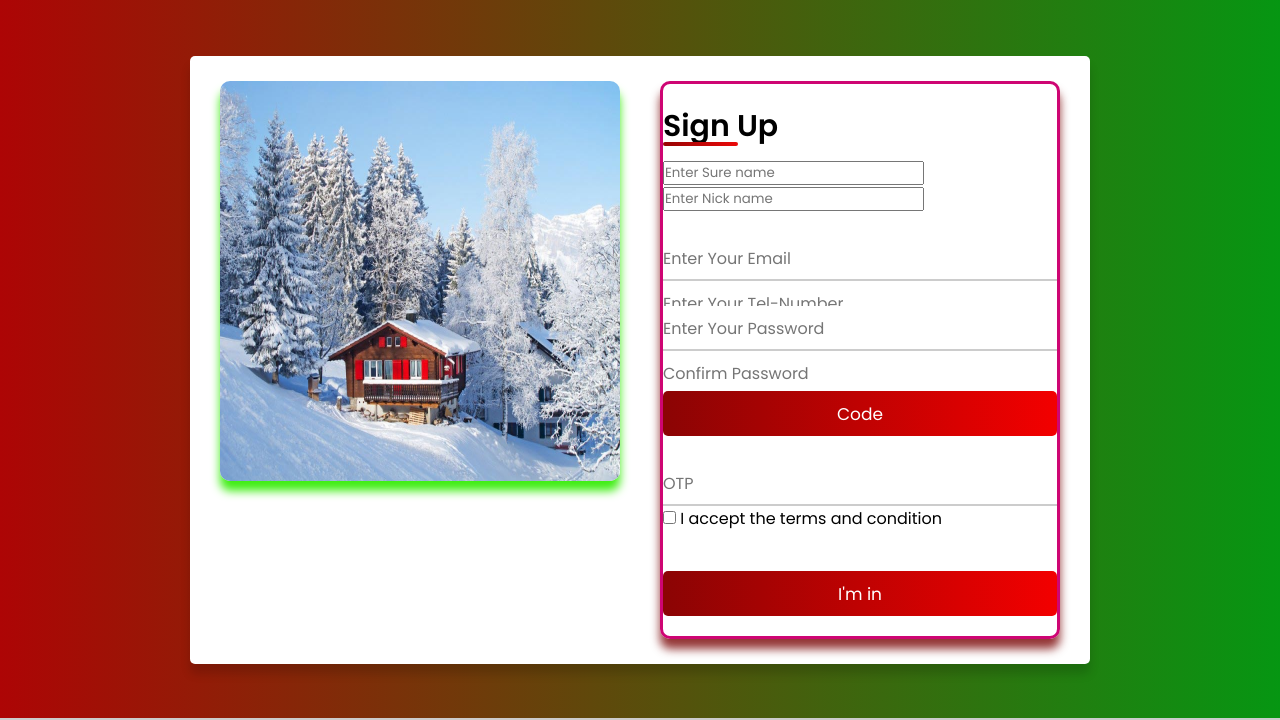
Repository: dev-ashik/Halloween
Page: Reg Page/Index.html
These files come from the project's save history. The page is drawn as it stood at one moment and after the next save; the edit follows.
The browser window is 1280 px wide. The pictures show the whole page.

Above is the page before, as saved 2021-12-21 22:14:33.

### Reg Page/Index.html
<!DOCTYPE html>
<html lang="en">

<head>
    <meta charset="UTF-8">
    <meta http-equiv="X-UA-Compatible" content="IE=edge">
    <meta name="viewport" content="width=device-width, initial-scale=1.0">
    <title>Regristration page</title>
    <link rel="stylesheet" href="CSS/main.css">
</head>

<body>
    <div class="con">
        <div class="bann">
            <img src="IMG/banner.jpg" alt="">
        </div>
        <div class="form">
            <form action="#">
                <div class="title">Sign Up</div>
                <div class="name">
                    <input type="text" placeholder="Enter Sure name" id="fn" required>
                    <br/><input type="text" placeholder="Enter Nick name" id="ln" required>
                    <div class="underline"></div>
                </div>
                <div class="box underline">
                    <input type="text" placeholder="Enter Your Email" id="mail" required><br/>
                    <input type="text" placeholder="Enter Your Tel-Number" id="number" required>
                    <div class="underline"></div>
                    <!--Email Field with velidation-->
                </div>
                <div class="box">
                    <input type="password" placeholder="Enter Your Password" id="pwd" required><br/>
                    <input type="password" placeholder="Confirm Password" id="pwd" required>
                    <div class="underline"></div>
                    <!--Password Field with velidation-->
                </div>
                <div class="box button">
                    <button onclick="vercod()" id="vc">Code</button>
                    <!--Code form-->
                </div>
                <div class="box">
                    <input type="text" placeholder="OTP" id="otp" required>
                    <div class="underline"></div>
                    <!--Security Code with velidation-->
                </div>
                <div class="Agreement">
                    <input type="checkbox" id="cb" value="Agree">
                    <label for="Agree">I accept the terms and condition</label>
                    <!--Agreement box-->
                </div>
                <div class="box button">
                    <button onclick="sub()">I'm in</button>
                </div>
            </form>
        </div>
    </div>
</body>
<script src="JS/main.js"></script>

</html>

### Reg Page/CSS/main.css
@import url('https://fonts.googleapis.com/css2?family=Poppins:wght@200;300;400;500;600;700&display=swap');
@import url('https://fonts.googleapis.com/css2?family=Poppins:wght@200;300;400;500;600;700&display=swap');
* {
    margin: 0;
    padding: 0;
    box-sizing: border-box;
    font-family: 'Poppins', sans-serif;
}

html,
body {
    display: grid;
    height: 100vh;
    width: 100%;
    place-items: center;
    background: linear-gradient(to right, #ad0505 0%, #069612 100%);
}

 ::selection {
    background: #ff80bf;
}

.con {
    background: #fff;
    max-width: 900px;
    width: 100%;
    padding: 25px 30px;
    border-radius: 5px;
    box-shadow: 0 10px 10px rgba(0, 0, 0, 0.15);
}

.con .bann img {
    float: left;
    width: 400px;
    height: 400px;
    border-radius: 10px;
    box-shadow: 0 10px 10px #40ee14;
}

.con .form {
    float: right;
    border: 3px solid rgb(206, 5, 115);
    border-radius: 10px;
    max-width: 400px;
    width: 100%;
    box-shadow: 0 10px 10px rgba(121, 4, 4, 0.795);
}

.con .form form .title {
    font-size: 30px;
    font-weight: 600;
    margin: 20px 0 10px 0;
    position: relative;
}

.con .form form .title:before {
    content: '';
    position: absolute;
    height: 4px;
    width: 75px;
    left: 0px;
    bottom: 3px;
    border-radius: 5px;
    background: linear-gradient(to right, #960404 0%, #eb0909 100%);
}

.con .form form .box {
    width: 100%;
    height: 45px;
    margin-top: 25px;
    position: relative;
}

.con .form form .box input {
    width: 100%;
    height: 100%;
    outline: none;
    font-size: 16px;
    border: none;
}

.con .form form .underline::before {
    content: '';
    position: absolute;
    height: 2px;
    width: 100%;
    background: #ccc;
    left: 0;
    bottom: 0;
}

.con .form form .underline::after {
    content: '';
    position: absolute;
    height: 2px;
    width: 100%;
    background: linear-gradient(to right, rgb(136, 2, 2) 0%, #f10404 100%);
    left: 0;
    bottom: 0;
    transform: scaleX(0);
    transform-origin: left;
    transition: all 0.3s ease;
}

.con .form form .box input:focus~.underline::after,
.con .form form .box input:valid~.underline::after {
    transform: scaleX(1);
    transform-origin: left;
}

.con .form form .button {
    margin: 40px 0 20px 0;
}

.con .form .box button {
    width: 100%;
    height: 100%;
    outline: none;
    font-size: 16px;
    border: none;
    background: linear-gradient(to right, #8b0404 0%, #f30000 100%);
    font-size: 17px;
    color: #fff;
    border-radius: 5px;
    cursor: pointer;
    transition: all 0.3s ease;
}

.con .form .box button:hover {
    letter-spacing: 1px;
    background: linear-gradient(to left, #8a0404 0%, #fc0707 100%);
}

footer {
    text-align: center;
    font-size: 30px;
    color: greenyellow;
}

footer:hover {
    color: greenyellow;
    text-shadow: 1px 1px 2px black, 0 0 25px rgb(11, 247, 3), 0 0 5px rgb(10, 255, 1);
}

Loaded but not shown: Reg Page/JS/main.js (no stored copy; drawn as an empty file)

After the next save:
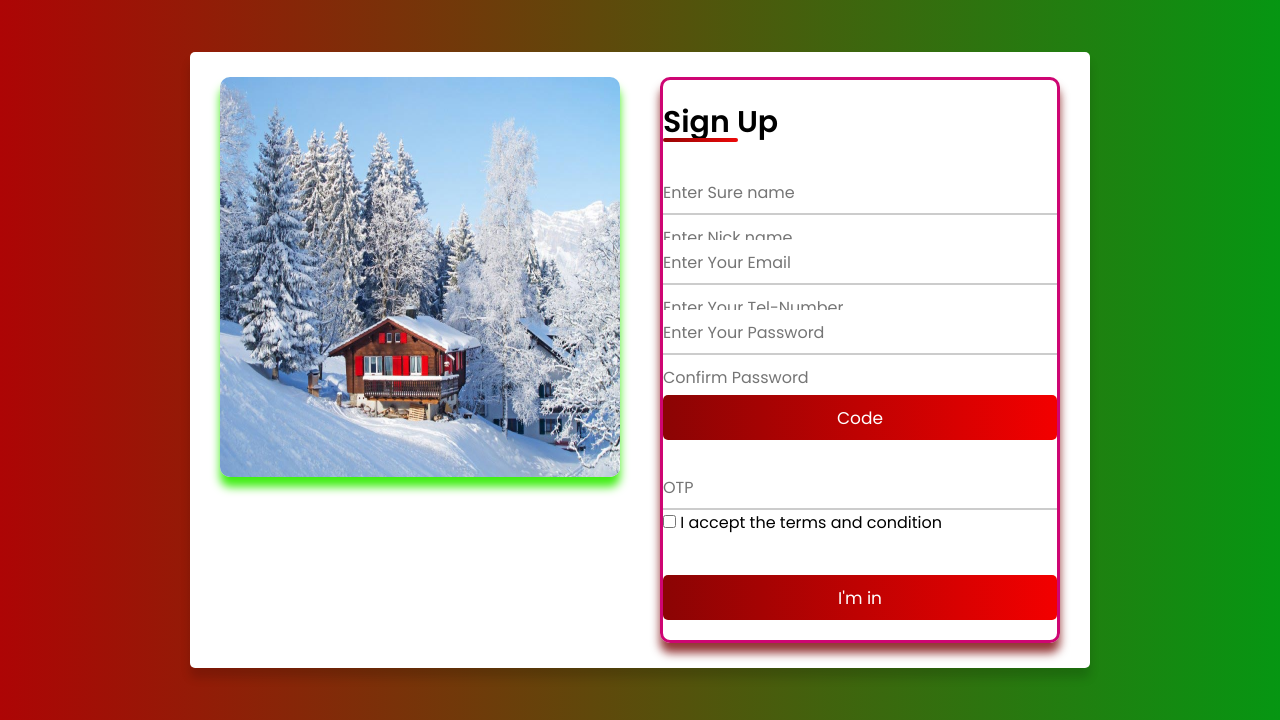
Saved 91 s later.
--- a/Reg Page/Index.html
+++ b/Reg Page/Index.html
@@ -17,7 +17,7 @@
         <div class="form">
             <form action="#">
                 <div class="title">Sign Up</div>
-                <div class="name">
+                <div class="box">
                     <input type="text" placeholder="Enter Sure name" id="fn" required>
                     <br/><input type="text" placeholder="Enter Nick name" id="ln" required>
                     <div class="underline"></div>
